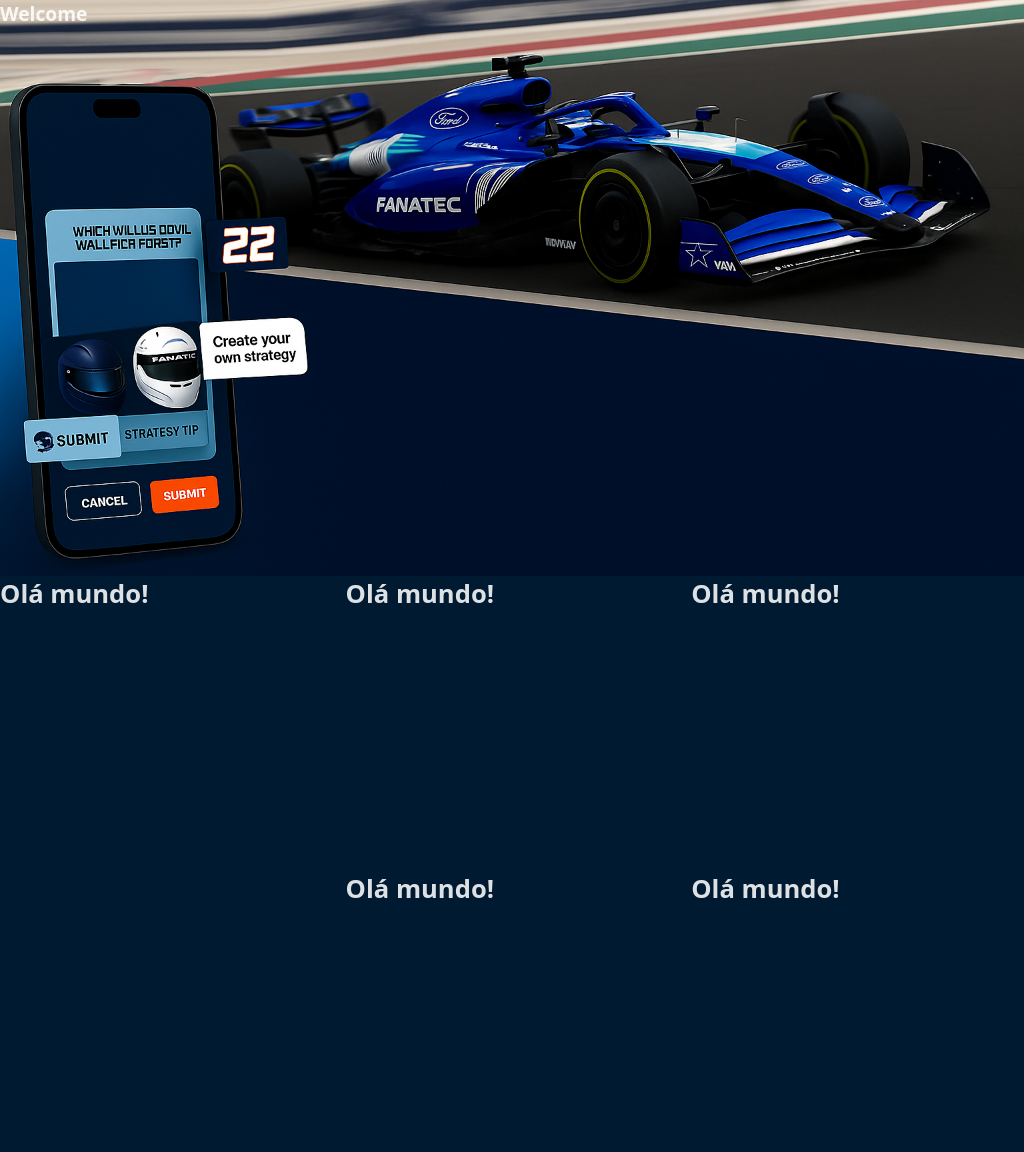
Repository: pedroantoniosi/ngm-esports-site
Page: /
The author's editor kept a copy of each file at every save. The page is drawn from the files as they stood at one save, then again after the next save.
The browser window is 1280 px wide. The pictures show the whole page, at 80% of full size.
The project was rebuilt for these pictures with package versions that can differ from the ones it lists, and the page was loaded fresh each time. Also part of the build but not shown: vite.config.ts.

Above is the page before, as saved 2025-10-25 17:15:08.

### index.html
<!doctype html>
<html lang="en">
  <head>
    <meta charset="UTF-8" />
    <link rel="icon" type="image/svg+xml" href="/vite.svg" />
    <meta name="viewport" content="width=device-width, initial-scale=1.0" />
    <title>ngmesports</title>
  </head>
  <body>
    <div id="root"></div>
    <script type="module" src="/src/main.tsx"></script>
  </body>
</html>

### src/main.tsx
import { StrictMode } from "react";
import { createRoot } from "react-dom/client";
import "./index.css";
import "./reset.css";
import App from "./App.tsx";

createRoot(document.getElementById("root")!).render(
  <StrictMode>
    <App />
  </StrictMode>
);

### src/index.css
:root {
  font-family: system-ui, Avenir, Helvetica, Arial, sans-serif;
  font-weight: 400;

  color-scheme: light dark;
  color: rgba(255, 255, 255, 0.87);
  background-color: #001A32;

  font-synthesis: none;
  text-rendering: optimizeLegibility;
  -webkit-font-smoothing: antialiased;
  -moz-osx-font-smoothing: grayscale;
}




.hero-container {
  background-color: red;
  min-height: 100svh;
  background-image: url('./assets/img/banner.png');
  background-repeat: no-repeat;
  background-size: cover;
}



.news-content {
  display: grid;
  grid-template-columns: repeat(3, 1fr);
  grid-template-rows: repeat(2, 1fr);
  gap: 16px;
  min-height: 100svh;

  & :nth-child(1) {
    grid-row: span 2 / span 2;
  }

  & :nth-child(4) {
    grid-column-start: 2;
  }

  & :nth-child(5) {
    grid-column-start: 3;
  }
}

### src/reset.css
/* <!-- ----------------------------------------------------------------------------------------------------------------- --> */
*,
*::before,
*::after {
  margin: 0;
  padding: 0;
  box-sizing: border-box;
  font-family: system-ui, -apple-system, BlinkMacSystemFont, "Segoe UI", Roboto, Oxygen, Ubuntu, Cantarell, "Open Sans", "Helvetica Neue", sans-serif;
}

input,
button,
select,
textarea {
  cursor: pointer;
  border: transparent;
  background-color: transparent;
  outline: none;
}

textarea {
  resize: none;
  min-height: 150px;

  /* Scrollbar moderno */
  &::-webkit-scrollbar {
    width: 12px;
    /* largura da barra lateral */
    height: 12px;
    /* altura da barra inferior */
  }

  &::-webkit-scrollbar-track {
    background: #0f0f0f;
    /* fundo do track */
  }

  &::-webkit-scrollbar-thumb {
    background-color: #555;
    border-radius: 10px;
    transition: background-color 0.3s ease;

    &:hover {
      background-color: #777;
      /* efeito hover suave */
    }

    &:active {
      background-color: #999;
      /* quando clica */
    }
  }

  /* Firefox */
  scrollbar-width: thin;
  scrollbar-color: #555 #0f0f0f;
}

ul,
ol {
  list-style: none;
}

a {
  text-decoration: none;
}

img,
picture {
  max-width: 100%;
  display: block;
  height: auto;
}

/* <!-- ----------------------------------------------------------------------------------------------------------------- --> */
.row-auto {
  display: flex;

  &>* {
    display: flex;
    flex: 1;
  }
}

.flex-1 {
  display: flex;
  flex: 1;
}

.flex-wrap {
  display: flex;
  flex-wrap: wrap;
}

/* <!-- ----------------------------------------------------------------------------------------------------------------- --> */
.row,
.row-xl,
.row-lg,
.row-md,
.row-sm {
  display: flex;
  flex-direction: row;
}

.col,
.col-xl,
.col-lg,
.col-md,
.col-sm {
  display: flex;
  flex-direction: column;
}

.row-reverse {
  display: flex;
  flex-direction: row-reverse;
}

.col-reverse {
  display: flex;
  flex-direction: column-reverse;
}

/* <!-- ----------------------------------------------------------------------------------------------------------------- --> */
.justify-center {
  justify-content: center;
}

.justify-around {
  justify-content: space-around;
}

.justify-between {
  justify-content: space-between;
}

.justify-evenly {
  justify-content: space-evenly;
}

.justify-start {
  justify-content: flex-start;
}

.justify-end {
  justify-content: flex-end;
}

/* <!-- ----------------------------------------------------------------------------------------------------------------- --> */
.align-center {
  align-items: center;
}

.align-start {
  align-items: start;
}

.align-end {
  align-items: end;
}

.align-self-center {
  align-self: center;
}

.align-self-start {
  align-self: flex-start;
}

.align-self-end {
  align-self: end;
}

/* <!-- ----------------------------------------------------------------------------------------------------------------- --> */
.gap-05 {
  gap: 0.5rem;
}

.gap-1 {
  gap: 1rem;
}

.gap-2 {
  gap: 2rem;
}

.gap-3 {
  gap: 3rem;
}

.gap-4 {
  gap: 4rem;
}

.gap-5 {
  gap: 5rem;
}

/* <!-- ----------------------------------------------------------------------------------------------------------------- --> */
.grid-auto {
  display: grid;
  grid-auto-flow: column;
  grid-auto-columns: 1fr;
}

.grid-2 {
  grid-template-columns: repeat(2, 1fr);
  grid-template-rows: auto;
}

.grid-3 {
  grid-template-columns: repeat(3, 1fr);
  grid-template-rows: auto;
}

.grid-4 {
  grid-template-columns: repeat(4, 1fr);
  grid-template-rows: auto;
}

.grid-5 {
  grid-template-columns: repeat(5, 1fr);
  grid-template-rows: auto;
}

.grid-6 {
  grid-template-columns: repeat(6, 1fr);
  grid-template-rows: auto;
}

.grid-7 {
  grid-template-columns: repeat(7, 1fr);
  grid-template-rows: auto;
}

.grid-8 {
  grid-template-columns: repeat(8, 1fr);
  grid-template-rows: auto;
}

.grid-9 {
  grid-template-columns: repeat(9, 1fr);
  grid-template-rows: auto;
}

.grid-10 {
  grid-template-columns: repeat(10, 1fr);
  grid-template-rows: auto;
}

.grid-11 {
  grid-template-columns: repeat(11, 1fr);
  grid-template-rows: auto;
}

.grid-12 {
  grid-template-columns: repeat(12, 1fr);
  grid-template-rows: auto;
}

.grid-2,
.grid-3,
.grid-4,
.grid-5,
.grid-6,
.grid-7,
.grid-8,
.grid-9,
.grid-10,
.grid-11,
.grid-12 {
  display: grid;
  grid-template-rows: 1fr;
}

/* <!-- -------------------------------- Margin -------------------------------- --> */
.m-auto {
  margin: 0 auto;
}

.mt-auto {
  margin-top: auto;
}

.mb-auto {
  margin-bottom: auto;
}

.ms-auto {
  margin-left: auto;
}

.me-auto {
  margin-right: auto;
}

.m-0 {
  margin: 0;
}

.m-05 {
  margin: 0.5rem;
}

.m-1 {
  margin: 1rem;
}

.m-2 {
  margin: 2rem;
}

.m-3 {
  margin: 3rem;
}

.m-4 {
  margin: 4rem;
}

.m-5 {
  margin: 5rem;
}

.mt-05 {
  margin-top: 0.5rem;
}

.mt-1 {
  margin-top: 1rem;
}

.mt-2 {
  margin-top: 2rem;
}

.mt-3 {
  margin-top: 3rem;
}

.mt-4 {
  margin-top: 4rem;
}

.mt-5 {
  margin-top: 5rem;
}

.mb-05 {
  margin-bottom: 0.5rem;
}

.mb-1 {
  margin-bottom: 1rem;
}

.mb-2 {
  margin-bottom: 2rem;
}

.mb-3 {
  margin-bottom: 3rem;
}

.mb-4 {
  margin-bottom: 4rem;
}

.mb-5 {
  margin-bottom: 5rem;
}

.ms-05 {
  margin-left: 0.5rem;
}

.ms-1 {
  margin-left: 1rem;
}

.ms-2 {
  margin-left: 2rem;
}

.ms-3 {
  margin-left: 3rem;
}

.ms-4 {
  margin-left: 4rem;
}

.ms-5 {
  margin-left: 5rem;
}

.me-05 {
  margin-right: 0.5rem;
}

.me-1 {
  margin-right: 1rem;
}

.me-2 {
  margin-right: 2rem;
}

.me-3 {
  margin-right: 3rem;
}

.me-4 {
  margin-right: 4rem;
}

.me-5 {
  margin-right: 5rem;
}

.mx-05 {
  margin-left: 0.5rem;
  margin-right: 0.5rem;
}

.mx-1 {
  margin-left: 1rem;
  margin-right: 1rem;
}

.mx-2 {
  margin-left: 2rem;
  margin-right: 2rem;
}

.mx-3 {
  margin-left: 3rem;
  margin-right: 3rem;
}

.mx-4 {
  margin-left: 4rem;
  margin-right: 4rem;
}

.mx-5 {
  margin-left: 5rem;
  margin-right: 5rem;
}

.my-05 {
  margin-top: 0.5rem;
  margin-bottom: 0.5rem;
}

.my-1 {
  margin-top: 1rem;
  margin-bottom: 1rem;
}

.my-2 {
  margin-top: 2rem;
  margin-bottom: 2rem;
}

.my-3 {
  margin-top: 3rem;
  margin-bottom: 3rem;
}

.my-4 {
  margin-top: 4rem;
  margin-bottom: 4rem;
}

.my-5 {
  margin-top: 5rem;
  margin-bottom: 5rem;
}

/* <!-- -------------------------------- Padding -------------------------------- --> */
.p-0 {
  padding: 0;
}

.p-05 {
  padding: 0.5rem;
}

.p-1 {
  padding: 1rem;
}

.p-2 {
  padding: 2rem;
}

.p-3 {
  padding: 3rem;
}

.p-4 {
  padding: 4rem;
}

.p-5 {
  padding: 5rem;
}

.pt-05 {
  padding-top: 0.5rem;
}

.pt-1 {
  padding-top: 1rem;
}

.pt-2 {
  padding-top: 2rem;
}

.pt-3 {
  padding-top: 3rem;
}

.pt-4 {
  padding-top: 4rem;
}

.pt-5 {
  padding-top: 5rem;
}

.pb-05 {
  padding-bottom: 0.5rem;
}

.pb-1 {
  padding-bottom: 1rem;
}

.pb-2 {
  padding-bottom: 2rem;
}

.pb-3 {
  padding-bottom: 3rem;
}

.pb-4 {
  padding-bottom: 4rem;
}

.pb-5 {
  padding-bottom: 5rem;
}

.ps-05 {
  padding-left: 0.5rem;
}

.ps-1 {
  padding-left: 1rem;
}

.ps-2 {
  padding-left: 2rem;
}

.ps-3 {
  padding-left: 3rem;
}

.ps-4 {
  padding-left: 4rem;
}

.ps-5 {
  padding-left: 5rem;
}

.pe-05 {
  padding-right: 0.5rem;
}

.pe-1 {
  padding-right: 1rem;
}

.pe-2 {
  padding-right: 2rem;
}

.pe-3 {
  padding-right: 3rem;
}

.pe-4 {
  padding-right: 4rem;
}

.pe-5 {
  padding-right: 5rem;
}

.px-05 {
  padding-left: 0.5rem;
  padding-right: 0.5rem;
}

.px-1 {
  padding-left: 1rem;
  padding-right: 1rem;
}

.px-2 {
  padding-left: 2rem;
  padding-right: 2rem;
}

.px-3 {
  padding-left: 3rem;
  padding-right: 3rem;
}

.px-4 {
  padding-left: 4rem;
  padding-right: 4rem;
}

.px-5 {
  padding-left: 5rem;
  padding-right: 5rem;
}

.py-05 {
  padding-top: 0.5rem;
  padding-bottom: 0.5rem;
}

.py-1 {
  padding-top: 1rem;
  padding-bottom: 1rem;
}

.py-2 {
  padding-top: 2rem;
  padding-bottom: 2rem;
}

.py-3 {
  padding-top: 3rem;
  padding-bottom: 3rem;
}

.py-4 {
  padding-top: 4rem;
  padding-bottom: 4rem;
}

.py-5 {
  padding-top: 5rem;
  padding-bottom: 5rem;
}

/* <!-- -------------------------------- Tools -------------------------------- --> */
.position-absolute {
  position: absolute;
}

.center-aboslute {
  top: 50%;
  left: 50%;
  transform: translate(-50%, -50%);
}

.position-relative {
  position: relative;
}

.position-fixed {
  position: fixed;
}

.position-sticky {
  position: sticky;
}

/* <!-- -------------------------------- Display -------------------------------- --> */
.row,
.row-xl,
.row-lg,
.row-md,
.row-sm {
  display: flex;
}

.d-grid,
.d-grid-xl,
.d-grid-lg,
.d-grid-md,
.d-grid-sm {
  display: grid;
}

.d-none,
.d-none-xl,
.d-none-lg,
.d-none-md,
.d-none-sm {
  display: none;
}

.d-block,
.d-block-xl,
.d-block-lg,
.d-block-md,
.d-block-sm {
  display: block;
}

.d-flex,
.d-flex-xl,
.d-flex-lg,
.d-flex-md,
.d-flex-sm {
  display: flex;
}

/* <!-- -------------------------------- Tools -------------------------------- --> */
.cursor-pointer {
  cursor: pointer;
}

.overflow-hidden {
  overflow: hidden;
}

.textwrap-none {
  white-space: none;
}

.select-none {
  -webkit-user-select: none;
  -moz-user-select: none;
  user-select: none;
}

.text-center {
  text-align: center;
}

.place-center {
  place-items: center;
}

.w-100 {
  width: 100%;
}

.h-100 {
  height: 100%;
}

/* Large screen devices (Desktops) */
@media (max-width: 992px) {
  .row-lg {
    display: flex;
    flex-direction: column;
  }

  .d-flex-lg {
    display: none;
  }

  .d-none-lg {
    display: block;
  }
}

/* Medium Screens Devices (Tablets) */
@media (max-width: 768px) {
  .row-md {
    display: flex;
    flex-direction: column;
  }

  .d-flex-md {
    display: none;
  }

  .d-none-md {
    display: block;
  }
}

/*  Small devices (Phones) */
@media (max-width: 568px) {
  .row-sm {
    display: flex;
    flex-direction: column;
  }

  .d-flex-sm {
    display: none;
  }

  .d-none-sm {
    display: block;
  }
}

/*# sourceMappingURL=reset.css.map */

### src/App.tsx
import Hero from "./components/Hero/Index";
import NewsTemplate from "./components/Template/NewsTemplate";

function App() {
  return (
    <>
      <Hero />
      <NewsTemplate />
    </>
  );
}

export default App;

### src/components/Hero/Index.tsx
import React from "react";

interface HeroProps {
  title?: string;
  subtitle?: string;
  children?: React.ReactNode;
}

const Hero = ({ title = "Welcome", subtitle, children }: HeroProps) => {
  return (
    <section className="hero-container" role="banner" aria-label="Hero">
      <div className="hero-content">
        <h1>{title}</h1>
        {subtitle && <p className="hero-subtitle">{subtitle}</p>}
        {children}
      </div>
    </section>
  );
};

export default Hero;

### src/components/Template/NewsTemplate.tsx
const NewsTemplate = () => {
  return (
    <>
      <div className="news-content">
        <h1>Olá mundo!</h1>
        <h1>Olá mundo!</h1>
        <h1>Olá mundo!</h1>
        <h1>Olá mundo!</h1>
        <h1>Olá mundo!</h1>
      </div>
    </>
  );
};

export default NewsTemplate;

After the next save:
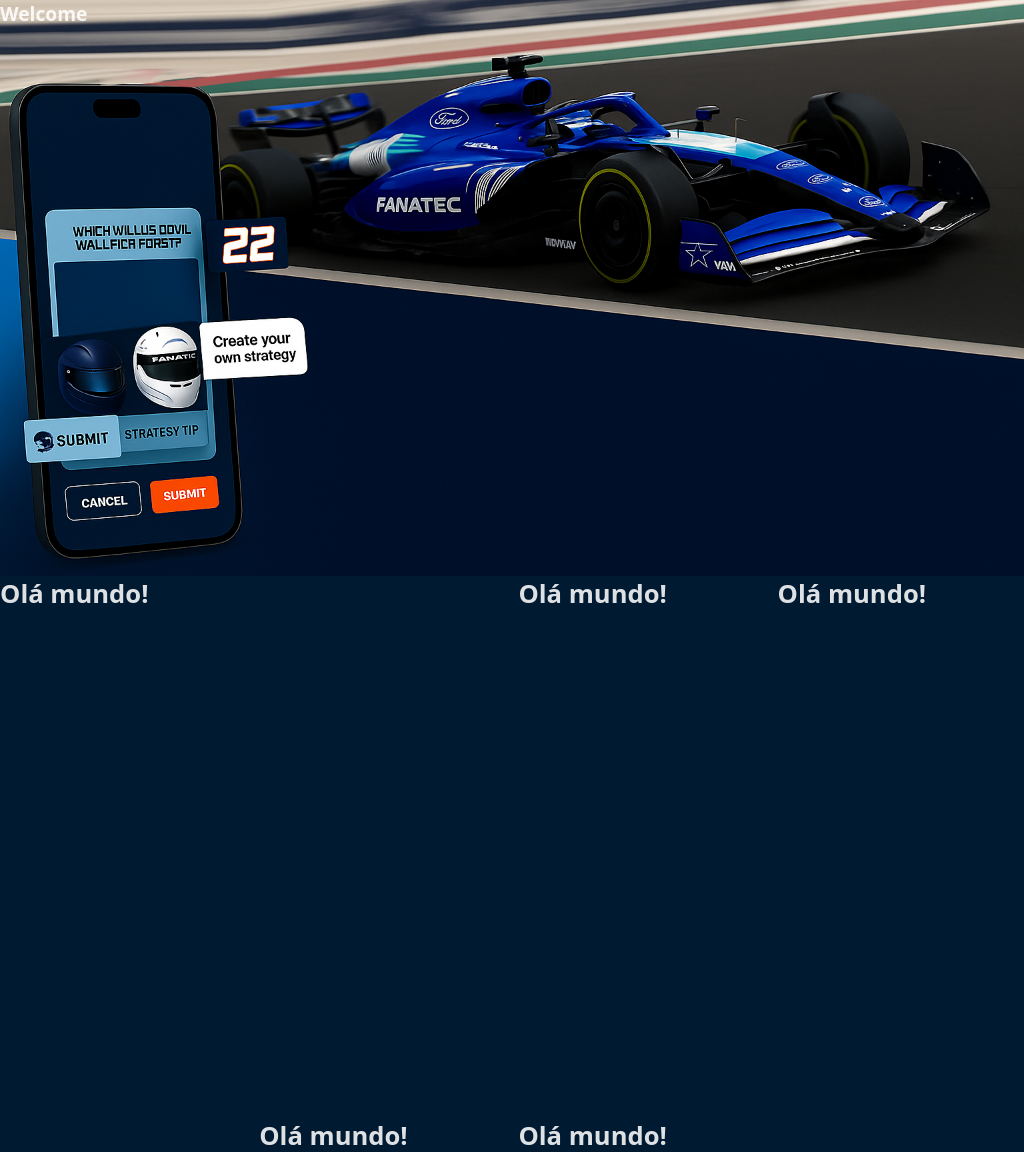
Saved 119 s later.
--- a/src/index.css
+++ b/src/index.css
@@ -27,13 +27,18 @@
 
 .news-content {
   display: grid;
-  grid-template-columns: repeat(3, 1fr);
+  grid-template-columns: repeat(4, 1fr);
   grid-template-rows: repeat(2, 1fr);
   gap: 16px;
   min-height: 100svh;
 
   & :nth-child(1) {
+    grid-column: span 2 / span 2;
     grid-row: span 2 / span 2;
+  }
+
+  & :nth-child(2) {
+    grid-column-start: 3;
   }
 
   & :nth-child(4) {
